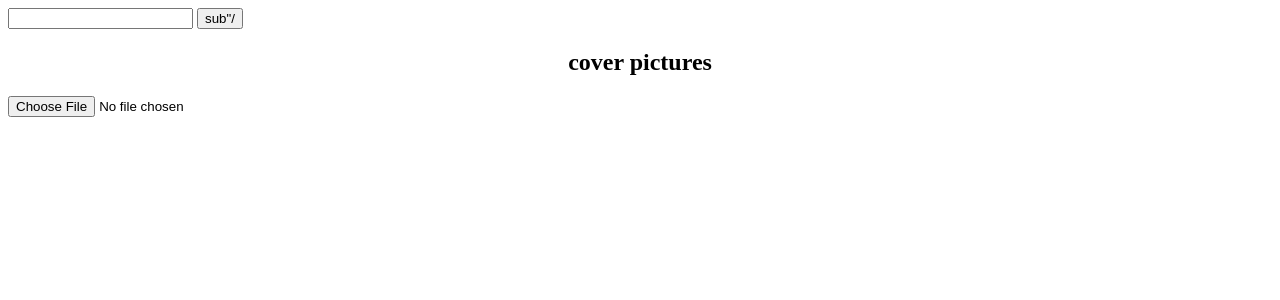
Repository: UnforgivenZZZ/bulldog
Page: http://localhost/bulldog/up.jsp
An editor plug-in stored every save of this project. The page is shown before and after the next save, followed by the edit.
The browser window is 1280 px wide. The pictures show the whole page.
The page is served by Tomcat 9.

Above is the page before, as saved 2017-07-18 22:02:25.

After the next save:
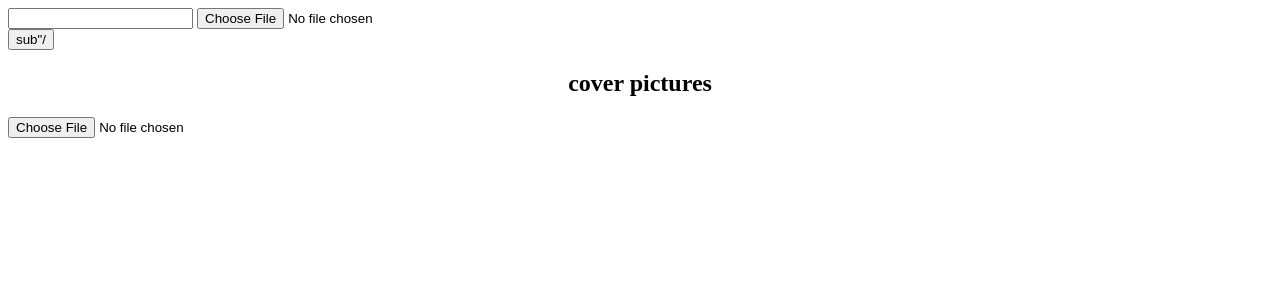
Saved 3 s later.
--- a/bulldog/WebContent/up.jsp
+++ b/bulldog/WebContent/up.jsp
@@ -10,6 +10,8 @@
 
 <form action="admin" method="post">
 <input type="text" name="prod"/>
+ <input type="file" name="datafile"/><br/>
+
 <input type="submit" value=sub"/>
 </form>
 
@@ -35,7 +37,7 @@
 <script src="/bulldog/js/jquery-1.8.2.js"></script>
 <script src="/bulldog/js/jquery.ajaxfileupload.js"></script>
 <script language="Javascript">
-$(document).ready(function(){
+/* $(document).ready(function(){
 	 $('input[type="file"]').ajaxfileupload({
 	      'action': 'upload?user=aaa',
 	  'onComplete': function(response) {
@@ -46,7 +48,7 @@ $(document).ready(function(){
 	        $('#upload').show();
 	      }
 	 });
-});
+}); */
 
 </script>
 </body>
